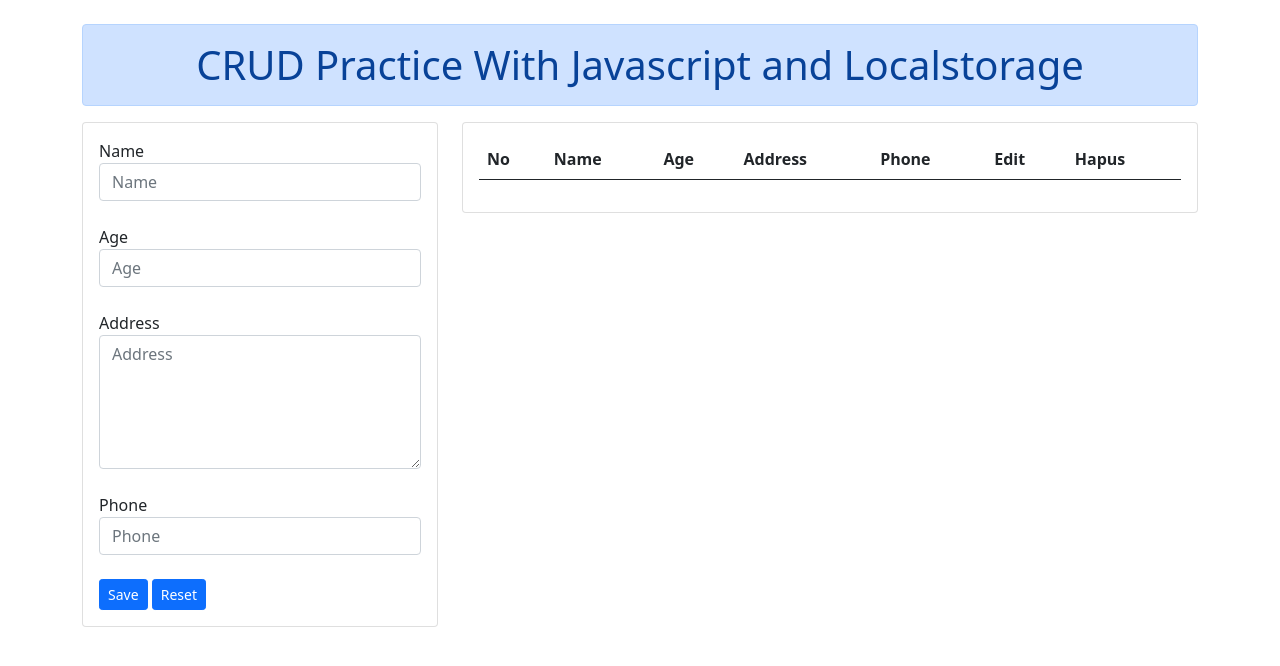
Repository: MENGSRUN/crud-html
Page: index.html
These files come from the project's save history. The page is drawn as it stood at one moment and after the next save; the edit follows.
The browser window is 1280 px wide. The pictures show the whole page.

Above is the page before, as saved 2023-05-11 15:01:38.

### index.html
<!DOCTYPE html>
<html lang="en">
  <head>
    <meta charset="UTF-8" />
    <meta name="viewport" content="width=device-width, initial-scale=1.0" />
    <meta http-equiv="X-UA-Compatible" content="ie=edge" />
    <meta name="Description" content="Enter your description here" />
    <link
      rel="stylesheet"
      href="https://cdnjs.cloudflare.com/ajax/libs/twitter-bootstrap/5.1.0/css/bootstrap.min.css"
    />
    <link
      rel="stylesheet"
      href="https://cdnjs.cloudflare.com/ajax/libs/font-awesome/5.15.4/css/all.min.css"
    />
  </head>
  <body>
    <div class="container mt-4">
        <div class="row">
            <div class="col-lg-12">
                <h1 class="alert alert-primary text-center">
                    CRUD Practice With Javascript and Localstorage
                </h1>
            </div>
            <div class="col-lg-4">
                <div class="card">
                    <div class="card-body">
                        <form id="form">
                            <input type="hidden" name="id" id="id">
                            <label for="">Name</label>
                            <input type="text" placeholder="Name" class="form-control" name="name" id="name" required>
                            <br>
                            <label for="">Age</label>
                            <input type="number" placeholder="Age" class="form-control" name="age" id="age" required>
                            <br>
                            <label for="">Address</label>
                            <textarea name="address" placeholder="Address" id="address" cols="30" rows="5" required class="form-control"></textarea>
                            <br>
                            <label for="">Phone</label>
                            <input type="text" placeholder="Phone" class="form-control" id="phone" name="phone" required>
                            <br>
                            <button class="btn btn-sm btn-primary" type="button" onclick="save()">Save</button>
                            <button class="btn btn-sm btn-primary" type="button" onclick="clearData()">Reset</button>
                        </form>
                    </div>
                </div>
            </div>
            <div class="col-lg-8">
                <div class="card">
                    <div class="card-body">
                        <div class="table-responsive">
                            <table id="datatable" class="table table-striped">
                                <thead>
                                    <tr>
                                        <th>No</th>
                                        <th>Name</th>
                                        <th>Age</th>
                                        <th>Address</th>
                                        <th>Phone</th>
                                        <th>Edit</th>
                                        <th>Hapus</th>
                                    </tr>
                                </thead>
                                <tbody id="table">

                                </tbody>
                            </table>
                        </div>
                    </div>
                </div>
            </div>
        </div>
    </div>
    <script src="https://cdnjs.cloudflare.com/ajax/libs/popper.js/2.9.2/umd/popper.min.js"></script>
    <script src="https://cdnjs.cloudflare.com/ajax/libs/twitter-bootstrap/5.1.0/js/bootstrap.min.js"></script>
   <script src="./JS/data.js"></script>
   <script src="./JS/find.js"></script>
   <script src="./JS/remove.js"></script>
   <script src="./JS/save.js"></script>
    <script>
        allData()
    </script>
    <script>
        function clearData(){
            document.getElementById('form').reset()
            document.getElementById('id').value = ""
        }
    </script>
  </body>
</html>

### JS/data.js
    //method to get all data
    function allData(){

        table.innerHTML = ``
        //get data from localstorage and store to contaclist array
        //we must to use JSON.parse, because data as string, we need convert to array
        contactList = JSON.parse(localStorage.getItem('listItem')) ?? []

        //looping data and show data in table
        contactList.forEach(function (value, i){

            var table = document.getElementById('table')

            table.innerHTML += `
                <tr>
                    <td>${i+1}</td>
                    <td>${value.name}</td>
                    <td>${value.age}</td>
                    <td>${value.address}</td>
                    <td>${value.phone}</td>
                    <td>
                        <button class="btn btn-sm btn-success" onclick="find(${value.id})">
                            <i class="fa fa-edit"></i>
                        </button>
                    </td>
                    <td>
                        <button class="btn btn-sm btn-danger" onclick="removeData(${value.id})">
                            <i class="fa fa-trash"></i>
                        </button>
                    </td>
                </tr>`
        })
    }

### JS/find.js
//method to get detail personal data based on id
function find(id){
    //get data from localstorage and store to contaclist array
    //we must to use JSON.parse, because data as string, we need convert to array
    contactList = JSON.parse(localStorage.getItem('listItem')) ?? []

    contactList.forEach(function (value){
        if(value.id == id){
           document.getElementById('id').value = value.id
           document.getElementById('name').value = value.name
           document.getElementById('age').value = value.age
           document.getElementById('address').value = value.address
           document.getElementById('phone').value = value.phone
        }
    })
}

### JS/remove.js
function removeData(id){
    //get data from localstorage and store to contaclist array
    //we must to use JSON.parse, because data as string, we need convert to array
    contactList = JSON.parse(localStorage.getItem('listItem')) ?? []

    contactList = contactList.filter(function(value){
        return value.id != id;
    });

    // save array into localstorage
    localStorage.setItem('listItem', JSON.stringify(contactList))

    //get data again
    allData()
}

### JS/save.js


//method to save data into localstorage
function save(){
    //get data from localstorage and store to contaclist array
    //we must to use JSON.parse, because data as string, we need convert to array
    contactList = JSON.parse(localStorage.getItem('listItem')) ?? []

    //get last array to get last id
    //and store it into variable id
    var id
    contactList.length != 0 ? contactList.findLast((item) => id = item.id) : id = 0

    if(document.getElementById('id').value){

        //edit contactlist array based on value
        contactList.forEach(value => {
            if(document.getElementById('id').value == value.id){
                value.name      = document.getElementById('name').value,
                value.age       = document.getElementById('age').value,
                value.address   = document.getElementById('address').value,
                value.phone     = document.getElementById('phone').value
            }
        });

        //remove hidden input
        document.getElementById('id').value = ''

    }else{

        //save
        //get data from form
        var item = {
            id        : id + 1,
            name      : document.getElementById('name').value,
            age       : document.getElementById('age').value,
            address   : document.getElementById('address').value,
            phone     : document.getElementById('phone').value
        }

        //add item data to array contactlist
        contactList.push(item)
    }

    // save array into localstorage
    localStorage.setItem('listItem', JSON.stringify(contactList))

    //update table list
    allData()

    //remove form data
    document.getElementById('form').reset()
}

After the next save:
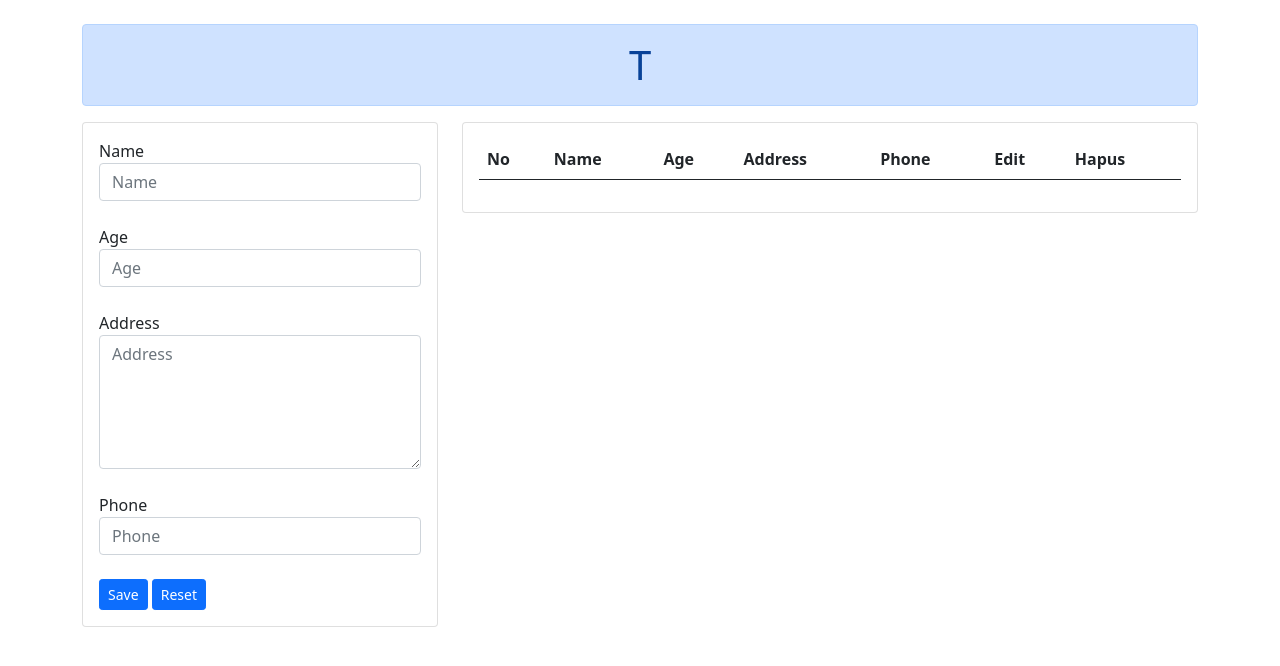
Saved 6 min 24 s later.
--- a/index.html
+++ b/index.html
@@ -19,7 +19,7 @@
         <div class="row">
             <div class="col-lg-12">
                 <h1 class="alert alert-primary text-center">
-                    CRUD Practice With Javascript and Localstorage
+                    T
                 </h1>
             </div>
             <div class="col-lg-4">
